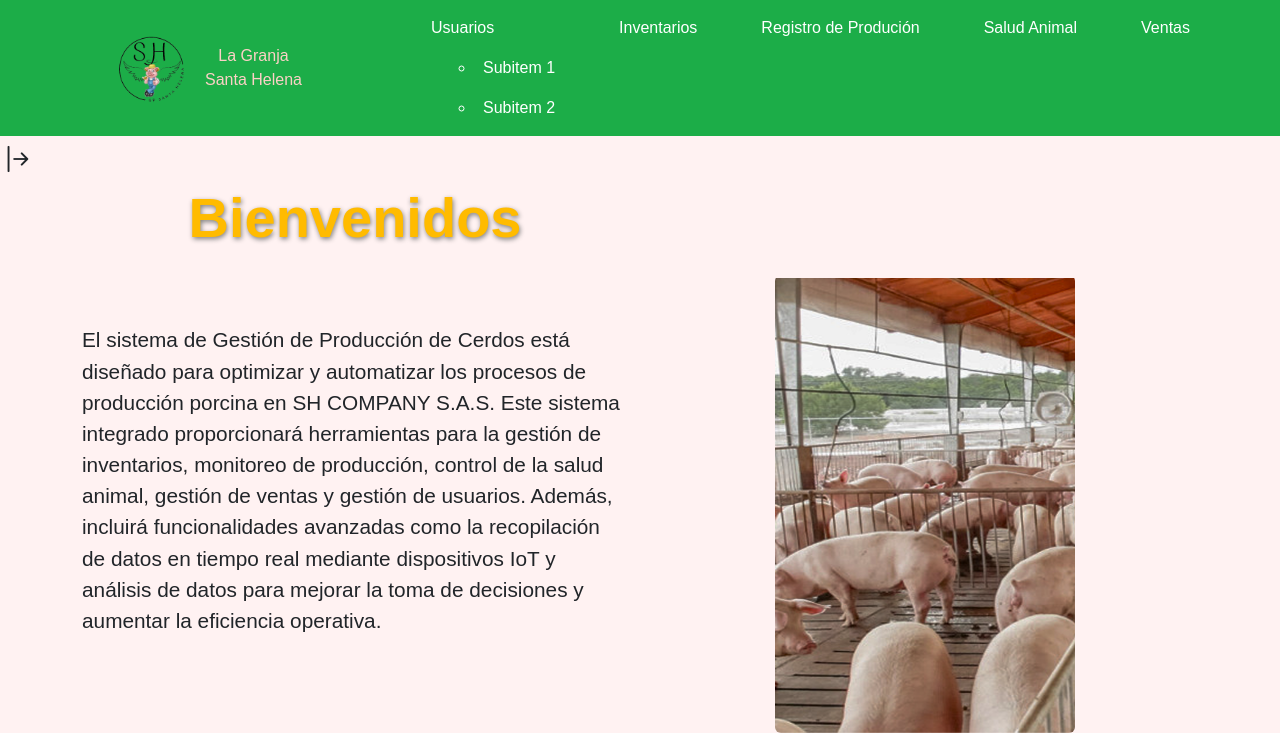
Repository: Mateojimenezz/Granja-Santa-Helena
Page: paginaDeInicio.html
The author's editor kept a copy of each file at every save. The page is drawn from the files as they stood at one save, then again after the next save.
The browser window is 1280 px wide. The pictures show the whole page.
Some web fonts or font styles are not loaded; a fallback is used.

Above is the page before, as saved 2025-03-31 16:22:17.

### paginaDeInicio.html
<!DOCTYPE html>
<html lang="es">
<head>
    <meta charset="UTF-8">
    <meta name="viewport" content="width=device-width, initial-scale=1.0">
    <title>La Granja</title>
    <link href="https://cdn.jsdelivr.net/npm/bootstrap@5.3.3/dist/css/bootstrap.min.css" rel="stylesheet" integrity="sha384-QWTKZyjpPEjISv5WaRU9OFeRpok6YctnYmDr5pNlyT2bRjXh0JMhjY6hW+ALEwIH" crossorigin="anonymous">

    <link rel="stylesheet" href="./assets/css/index.css">
    <link rel="stylesheet" href="./assets/css/paginaDeInicio.css">
    <link rel="stylesheet" href="https://cdn.jsdelivr.net/npm/bootstrap-icons@1.11.3/font/bootstrap-icons.min.css">
    <link href="https://fonts.googleapis.com/css2?family=Calistoga&display=swap" rel="stylesheet">

  </head>
<body>
  <header class="header sticky-top d-flex  align-items-center ">
    <div class="container d-flex  align-items-center justify-content-between ">
      <div class="logo">
        <img  src="./assets/img/logo.png" width="90" alt="Logo">
        <span>La Granja <br> Santa Helena</span>
      </div>
      <nav class="navbar navbar-expand-lg ">
        <button class="navbar-toggler toggler-focus text-white" type="button" data-bs-toggle="collapse" data-bs-target="#menu" aria-controls="menu" aria-expanded="false" aria-label="Toggle navigation">
          <span class="navbar-toggler-icon"></span>
        </button>
        <div class="collapse navbar-collapse" id="menu">
          <ul class="navbar-nav ms-auto    gap-md-3 gap-lg-5">
            <li class="nav-item"><a class="nav-link" href="#" >Usuarios</a>
              <ul class="submenu">
                <li><a class="nav-link" href="#">Subitem 1</a></li>
                <li><a class="nav-link" href="#">Subitem 2</a></li>
              </ul>
            </li>
            <li class="nav-item"><a class="nav-link" href="#">Inventarios</a></li>
            <li class="nav-item"><a class="nav-link" href="#">Registro de Produción</a></li>
            <li class="nav-item"><a class="nav-link" href="#">Salud Animal</a></li>
            <li class="nav-item"><a class="nav-link" href="#">Ventas</a></li>
          </ul>
        </div>
        </div>
      </nav>
    </div>
  </header>
  <button id="toggleMenu" class="d-none d-sm-none d-md-block  btn  position-fixed  btn-MenuLateralAbrir ">
    <span><i class="bi bi-arrow-bar-right"></i></span>
  </button>
  <!-- Menú lateral -->
  <div id="sidebar" class=" border-end vh-100 position-fixed start-0 p-3  ">
    <button id="closeMenu" class="btn  mb-1 btn-MenuLateralCerrar">
      <span><i class="bi bi-arrow-bar-left"></i></span>
    </button>
    <ul id="sisidebarMenu"  class="nav flex-column" >

    </ul>
  </div>
  <main class="container">
    <!-- Sección 1 -->
    <section class="row seccion-1">
      <article class="col-12 col-lg-6 d-flex justify-content-center align-items-center mt-5 mb-2">
        <h1 >Bienvenidos</h1>
      </article>
    </section>
    <!-- Sección 2 -->
    <section class="row seccion-2 -gap-10 mt-2">
      <article class="d-flex flex-column align-items-center justify-content-center col-12 col-lg-6 ">
        <p class="text-justify mb-5">
          El sistema de Gestión de Producción de Cerdos está diseñado para optimizar y automatizar
          los procesos de producción porcina en SH COMPANY S.A.S. Este sistema integrado proporcionará herramientas
          para la gestión de inventarios, monitoreo de producción, control de la salud animal, gestión de ventas y gestión de usuarios.
          Además, incluirá funcionalidades avanzadas como la recopilación de datos en tiempo real mediante dispositivos IoT y análisis de datos
          para mejorar la toma de decisiones y aumentar la eficiencia operativa.
        </p>
      </article>
      <!-- Imagen -->
      <article class="col-12 col-lg-6 d-flex justify-content-center align-items-center ">
        <img
          src="assets/img/Upload-5a8315b810a15-13022018 1.png"  width="300" height="200"
          class="img-fluid rounded mb-"
          alt="Fotografía de la granja"
        />
      </article>
    </section>
  </main>










  <!-- bootstrap JS -->
  <script src="https://cdn.jsdelivr.net/npm/bootstrap@5.3.3/dist/js/bootstrap.bundle.min.js" integrity="sha384-YvpcrYf0tY3lHB60NNkmXc5s9fDVZLESaAA55NDzOxhy9GkcIdslK1eN7N6jIeHz" crossorigin="anonymous"></script>
  <script src="./assets/js/menu.js"></script>
  <script src="./assets/js/menuLateral.js"></script>
  <script src="./assets/js/submenu.js"></script>

</body>

</html>

### assets/css/index.css
@import "./variables.css";

/* === General === */
body {
  margin: 0;
  font-family: var(--font-principal);
  background-color: var(--color-FondoDiv2);
}

/* === Header === */
.header {
  background-color: var(--color-principal);
  color: var(--color-texto);
  font-size: 1rem;
}

.logo {
  display: flex;
  align-items: center;
  gap: 0.5rem;
  color: #FCD1C6;
  text-align: center;
  margin-left: 25px;
}

/* === Botón Ingresar === */
.ingresar,
.ingresar1 {
  color: white !important;
  cursor: pointer;
  display: flex;
  align-items: center;
  gap: 10px;
}

.ingresar {
  margin-left: 110px;
  margin-right: 100px;
}

.ingresar h5:hover,
.ingresar1 h5:hover {
  color: var(--color-fondoDiv);
}

/* === Navbar === */
.navar-nav {
  justify-content: center;
}

.nav-link {
  position: relative;
  color: white;
  text-decoration: none;
  padding: 0.5rem;
  transition: color 0.3s ease-in-out;
}
.nav-link:active{
  color: red;
}

.nav-link::after {
  content: '';
  position: absolute;
  left: 15px;
  bottom: 0;
  width: 0;
  height: 2px;
  background-color: var(--color-FondoDiv2);
  transition: width 0.3s ease-in-out;
}

.nav-link:hover {
  color: var(--color-fondoDiv);
}

.nav-link:hover::after {
  width: 75%;
}

/* === Sección 1 - Imagen Principal === */
.imagen1 {
  width: 100%;
  height: 500px;
  object-fit: cover;
}

.titulo1 {
  position: absolute;
  top: 50%;
  left: 50%;
  transform: translate(-50%, -50%);
  color: white;
  font-size: 4rem;
  font-weight: bold;
  text-shadow: 2px 2px 5px var(--color-principal);
  text-align: center;
}

/* === Sección 3 === */
.seccion-3 {
  background-color: var(--color-fondoDiv);
}

/* === Footer === */
.footer {
  background-color: var(--color-Footter);
  padding-left: 50px;
  padding-bottom: 0px;
  margin-bottom: -50px;
}

.Logofooter {
  max-width: 250px;
  margin-right: 50px;
}

/* === Responsividad === */
@media (max-width: 991px) {

  /* Ajustes en dispositivos pequeños */
  .logo {
    margin-left: -10px;
  }

  .navbar-toggler {
    border: none !important;
  }

  .navbar-toggler:focus,
  .navbar-toggler:active,
  .navbar-toggler:hover {
    outline: none !important;
    box-shadow: 0 0 10px #F8E91C !important;
  }

  /* Ocultar ingresar en pantallas pequeñas y mostrar ingresar1 */
  .ingresar {
    display: none;
  }

  .ingresar1 {
    display: flex;
  }

  .ingresar1 .bi {
    padding-top: 5px;
  }
}

### assets/css/paginaDeInicio.css
#sidebar {
  display: none;
  transition: all 0.3s ease; /* Animación opcional */
  background-color: var(--color-menu-lateral);
  width: 250px;
}

#sidebar.open {
  display: block;
}
.btn-MenuLateralAbrir{
  margin-top: -5px;
  margin-left: -10px;
  font-size: 30px;
  font-weight: 700;
  border:none;

}

.btn-MenuLateralCerrar{
  margin-top: -20px;
  margin-left: 190px;
  font-size: 25px;
  border:none;
}
.seccion-1 h1{
    font-family: var(--font-principal);
    color:  #FFBB00;
    font-size: 3.5em;
    font-weight: bold;
    text-shadow: gray 1px 2px 5px;

}
.seccion-2{
  font-size: 1.3em;
  font-family: Arial;
}
/* Ocultar los submenús inicialmente */
.submenu {
  display: none;
}

@media (max-width: 991px) { /* Para pantallas menores a md */
  #sidebar {
    display: none !important; /* Oculta el menú lateral */
  }
  #toggleMenu, #closeMenu {
    display: none !important; /* Oculta los botones asociados */
  }
}
 .submenu {
    display: block; /* Submenús siempre visibles */
  }

  .submenu {
    margin-left: 20px; /* Ajustar posición dentro del menú lateral */
  }
  .nav-item.active .submenu {
    display: block;
  }

### assets/js/menu.js
document.addEventListener("DOMContentLoaded", function () {
    const menuToggle = document.querySelector(".navbar-toggler");
    const logo = document.querySelector(".logo");
    const menu = document.getElementById("menu");

    menuToggle.addEventListener("click", function () {
      const isMenuOpen = menu.classList.contains("show");

      if (isMenuOpen) {
        // Cuando el menú está abierto, restauramos el logo
        logo.style.display = "flex";
      } else {
        // Cuando el menú está cerrado, ocultamos el logo
        logo.style.display = "none";
      }
    });

    // Detectar cuando el usuario cierra el menú automáticamente
    menu.addEventListener("hidden.bs.collapse", function () {
      logo.style.display = "flex";
    });
  });

### assets/js/menuLateral.js
document.addEventListener("DOMContentLoaded", function () {
  const toggleMenu = document.getElementById("toggleMenu");
  const closeMenu = document.getElementById("closeMenu");
  const sidebar = document.getElementById("sidebar");
  const mainContent = document.querySelector("main"); // Selecciona el contenido principal
  const navLinks = document.querySelectorAll(".navbar-nav .nav-link"); // Selecciona los enlaces del menú superior

  // Función que verifica si la pantalla es grande
  function isLargeScreen() {
    return window.innerWidth >= 768; // Define pantallas grandes (md o más)
  }

  // Mostrar/ocultar el menú solo si la pantalla es grande
  if (isLargeScreen()) {
    toggleMenu.addEventListener("click", function () {
      if (sidebar.style.display === "none" || sidebar.style.display === "") {
        sidebar.style.display = "block"; // Muestra el menú lateral
        mainContent.style.marginLeft = "270px"; // Desplaza el contenido hacia la derecha
      } else {
        sidebar.style.display = "none"; // Oculta el menú lateral
        mainContent.style.marginLeft = "220px"; // Restaura el contenido al margen original
      }
    });

    closeMenu.addEventListener("click", function () {
      sidebar.style.display = "none"; // Oculta el menú lateral
      mainContent.style.marginLeft = "220px"; // Restaura el contenido al margen original
    });

    // Funcionalidad para los ítems del menú superior
    navLinks.forEach(link => {
      link.addEventListener("click", function (e) {
        e.preventDefault(); // Evita el comportamiento predeterminado del enlace

        if (sidebar.style.display === "block") {
          sidebar.style.display = "none"; // Oculta el menú lateral
          mainContent.style.marginLeft = "20px"; // Restaura el contenido al margen original
        } else {
          sidebar.style.display = "block"; // Despliega el menú lateral
          mainContent.style.marginLeft = "270px"; // Desplaza el contenido principal
        }
      });
    });
  }

  // Opcional: ocultar el menú inmediatamente si el usuario redimensiona a una pantalla pequeña
  window.addEventListener("resize", function () {
    if (!isLargeScreen()) {
      sidebar.style.display = "none"; // Oculta el menú lateral
      mainContent.style.marginLeft = "0"; // Restaura el contenido al margen original
    }
  });
});

### assets/js/submenu.js
document.addEventListener("DOMContentLoaded", function () {
  const menuItems = document.querySelectorAll(".nav-item"); // Ítems principales del menú

  function isLargeScreen() {
    return window.innerWidth >= 768; // Pantallas grandes
  }

  // Funcionalidad para mostrar los submenús según la pantalla
  menuItems.forEach(item => {
    const submenu = item.querySelector(".submenu");

    if (submenu) {
      if (isLargeScreen()) {
        // Mostrar automáticamente los submenús en pantallas grandes
        submenu.style.display = "block"; // Submenús visibles en el lateral
      } else {
        // Pantallas pequeñas: Mostrar submenús al hacer clic
        item.addEventListener("click", () => {
          item.classList.toggle("active"); // Alternar clase activa
          submenu.style.display = submenu.style.display === "block" ? "none" : "block";
        });
      }
    }
  });

  // Redimensionar: Ajustar los estilos al cambiar el tamaño de la ventana
  window.addEventListener("resize", function () {
    menuItems.forEach(item => {
      const submenu = item.querySelector(".submenu");
      if (submenu) {
        if (isLargeScreen()) {
          submenu.style.display = "block"; // Pantalla grande: Siempre visible
        } else {
          submenu.style.display = "none"; // Pantalla pequeña: Ocultar por defecto
        }
      }
    });
  });
});

### assets/css/variables.css
/* variables.css */
:root {
    --color-principal: #1CAD48 ;
    --color-Botones: rgba(255, 187, 0, 0.47);
    --color-texto: white;
    --color-fondo: #f5f5f5;
    --font-principal: 'calistoga','arial';
    --color-fondoDiv: #F8E91C;
    --color-FondoDiv2:#FFF2F2;
    --color-Footter: #D9D9D9;
    --letra-gris: #B0B0B7;
    --color-menu-lateral:#BDEAAD;
  }

After the next save:
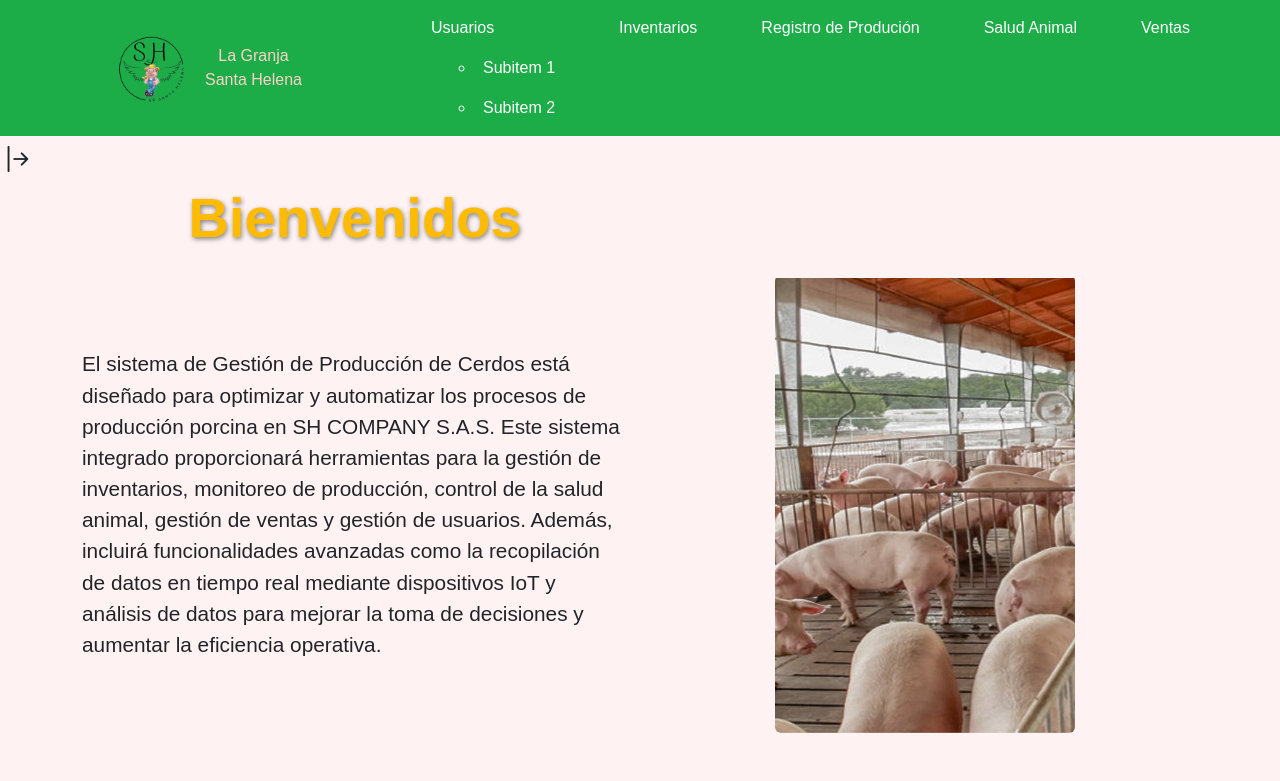
Saved 7 s later.
--- a/paginaDeInicio.html
+++ b/paginaDeInicio.html
@@ -75,7 +75,7 @@
       <article class="col-12 col-lg-6 d-flex justify-content-center align-items-center ">
         <img
           src="assets/img/Upload-5a8315b810a15-13022018 1.png"  width="300" height="200"
-          class="img-fluid rounded mb-"
+          class="img-fluid rounded mb-5"
           alt="Fotografía de la granja"
         />
       </article>

After the save that followed:
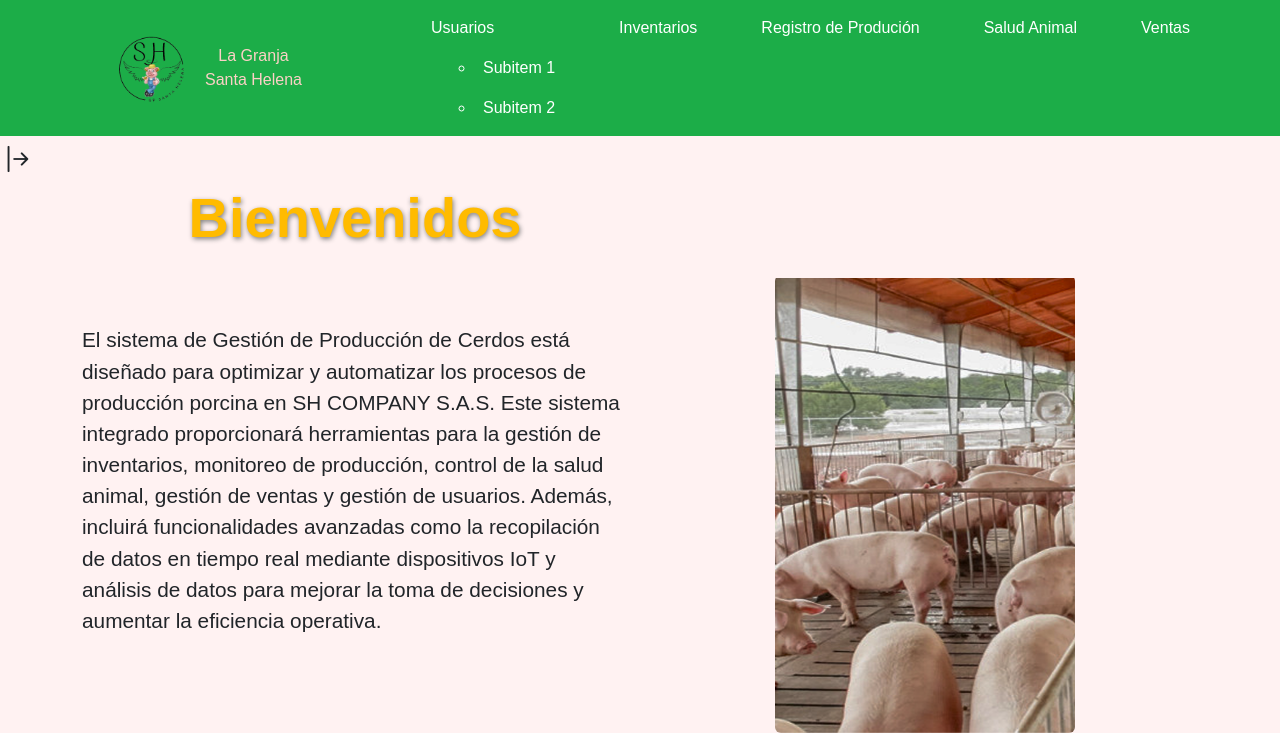
Saved 11 s later.
--- a/paginaDeInicio.html
+++ b/paginaDeInicio.html
@@ -75,7 +75,7 @@
       <article class="col-12 col-lg-6 d-flex justify-content-center align-items-center ">
         <img
           src="assets/img/Upload-5a8315b810a15-13022018 1.png"  width="300" height="200"
-          class="img-fluid rounded mb-5"
+          class="img-fluid rounded "
           alt="Fotografía de la granja"
         />
       </article>
